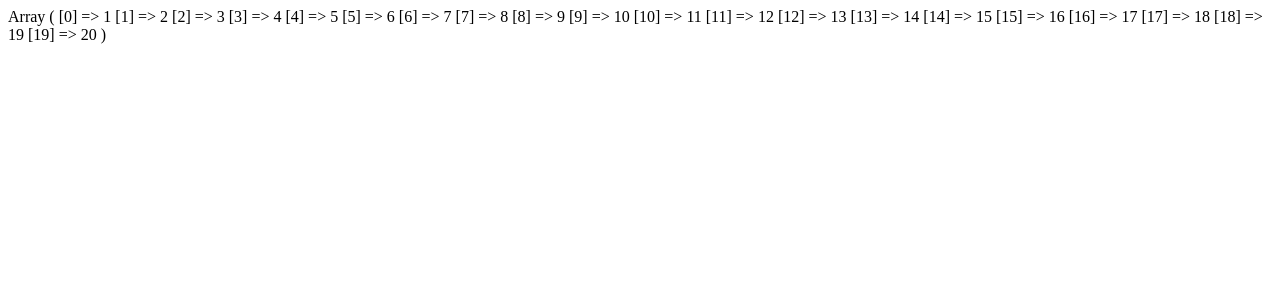
Repository: wangying713/algo
Page: http://localhost/test/BucketSort.php
An editor plug-in stored every save of this project. The page is shown before and after the next save, followed by the edit.
The browser window is 1280 px wide. The pictures show the whole page.
The page is run by PHP 8.4 with error messages shown; the project is at /var/www/html/.

Above is the page before, as saved 2020-02-21 00:49:52.

After the next save:
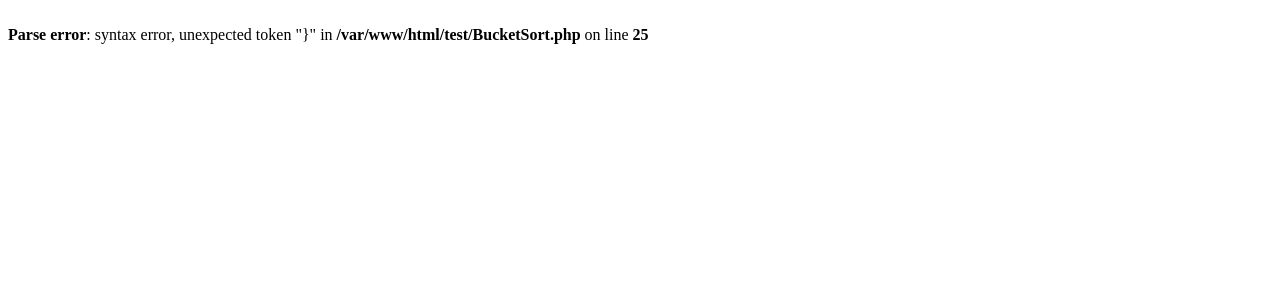
Saved 17 s later.
--- a/test/BucketSort.php
+++ b/test/BucketSort.php
@@ -19,7 +19,9 @@ function buckerSort(&$arr, $bucketSize = 0)
     }
 
     $bucketCount = count($buckets);
+    $tmp = [];
     for ($i = 0; $i < $count; $i++) {
+        $tmp[$i] =
     }
 }
 
